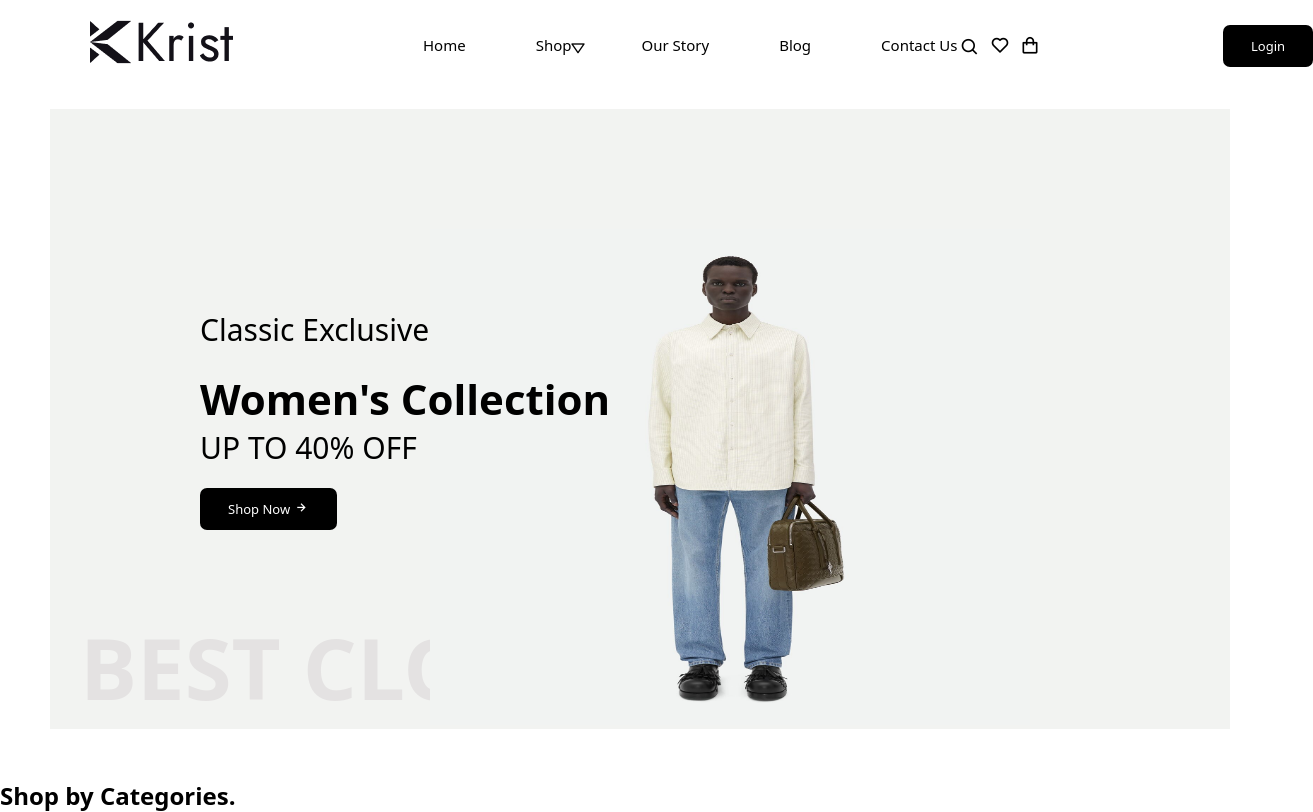
Repository: isaacCodes1/Krist-Website
Page: index.html
The author's editor kept a copy of each file at every save. The page is drawn from the files as they stood at one save, then again after a run of saves.
The browser window is 1280 px wide. The page is 1313 px wide, so the pictures cover 1313 px, including what lies to the right of the window. The pictures show the whole page.

Above is the page before, as saved 2024-04-01 10:41:42.

After the next 4 saves:
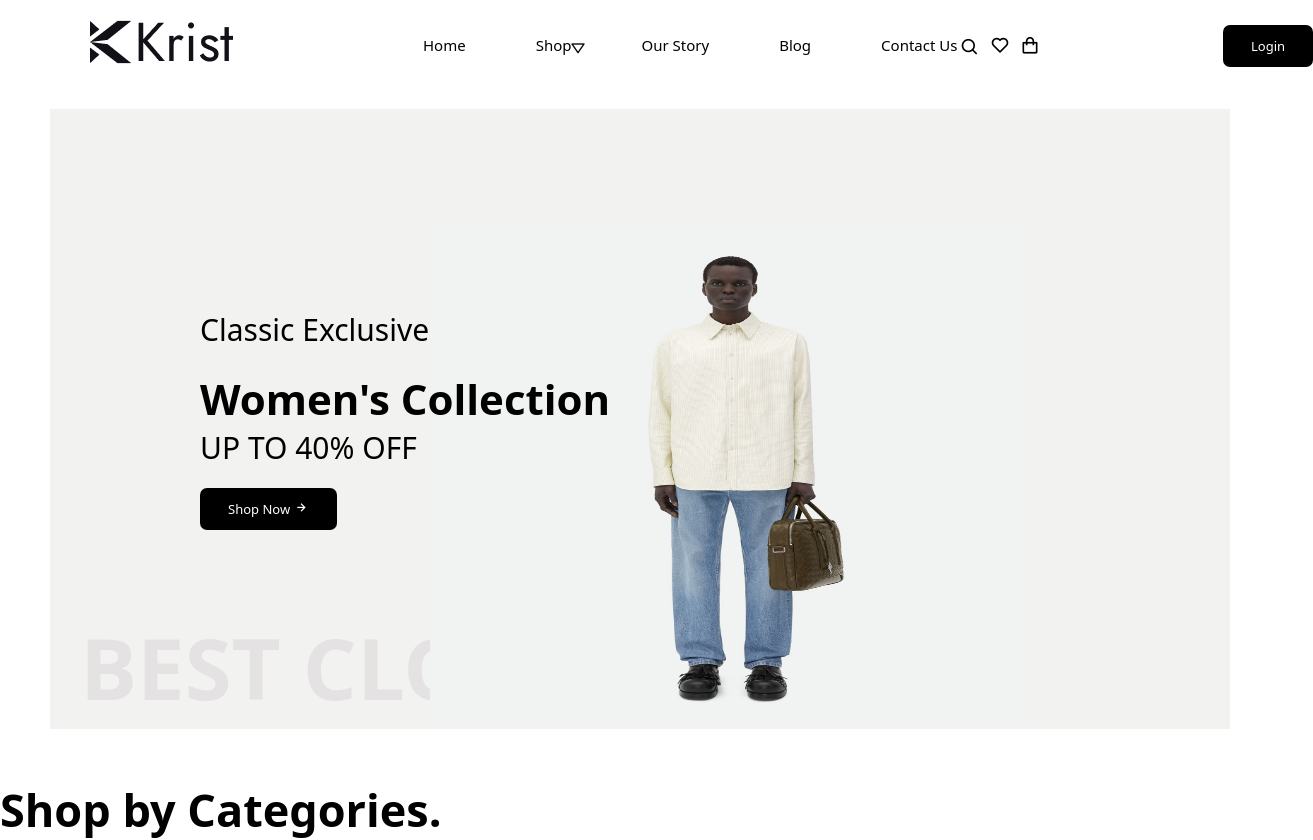
The 4 saves are shown as one change because they came seconds apart.
The last was saved 9 s later.
--- a/style.css
+++ b/style.css
@@ -142,5 +142,6 @@ button:hover {
   color: #fff;
 }
 .cardstext{
-    font-size: ;
+    font-size: 30px;
+    margin-left: ;
 }
